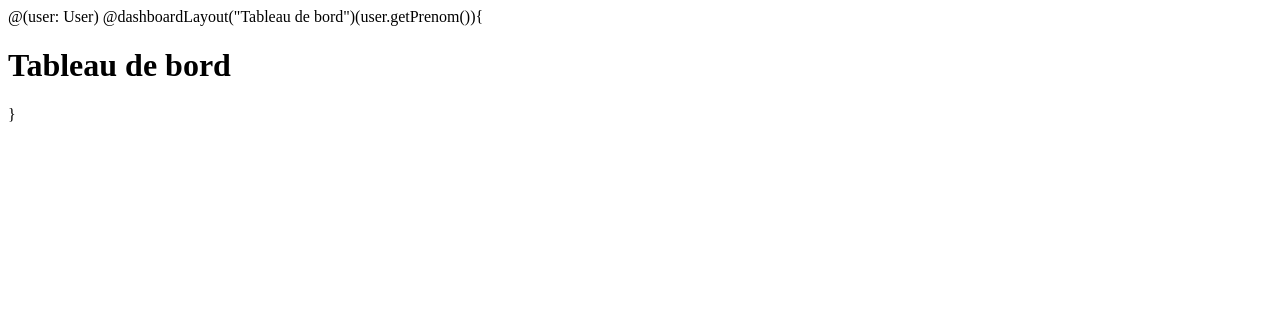
Repository: spirale-software/labo_master
Page: Application/oneDotCom/app/views/dashboard.scala.html
These files come from the project's save history. The page is drawn as it stood at one moment and after the next save; the edit follows.
The browser window is 1280 px wide. The pictures show the whole page.

Above is the page before, as saved 2017-03-26 21:00:41.

### Application/oneDotCom/app/views/dashboard.scala.html
@(user: User)

@dashboardLayout("Tableau de bord")(user.getPrenom()){

	 <h1 class="page-header">Tableau de bord</h1>


}

After the next save:
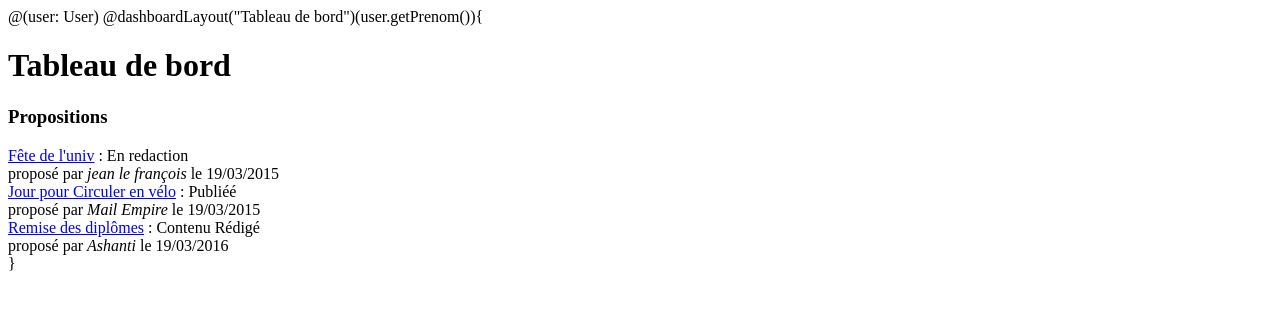
Saved 7 min 48 s later.
--- a/Application/oneDotCom/app/views/dashboard.scala.html
+++ b/Application/oneDotCom/app/views/dashboard.scala.html
@@ -4,5 +4,48 @@
 
 	 <h1 class="page-header">Tableau de bord</h1>
 
+	 <div class="row">
+                <div class="col-lg-8 col-md-8">
+                    <div class="panel panel-default">
+                        <div class="panel-heading">
+                            <h3 class="panel-title">Propositions</h3>
+                        </div>
+                        <div class="panel-body">
+
+                            <div class="panel panel-default">
+                                <div class="panel-body">
+                                    <a href="#">Fête de l'univ</a> : En redaction<br>
+                                        proposé par <em>jean le françois</em> le 19/03/2015
+                                </div>
+                            </div>
+
+                            <div class="panel panel-default">
+                                <div class="panel-body">
+                                    <a href="#">Jour pour Circuler en vélo</a> : Publiéé<br>
+                                    proposé par <em>Mail Empire</em> le 19/03/2015
+                                </div>
+                            </div>
+
+                            <div class="panel panel-default">
+                                <div class="panel-body">
+                                    <a href="#">Remise des diplômes</a> : Contenu Rédigé<br>
+                                    proposé par <em>Ashanti</em> le 19/03/2016
+                                </div>
+                            </div>
+
+
+                        </div><!--[/panel-body]-->
+
+                    </div>
+
+                </div>
+
+                <div class="col-lg-6 col-md-6">
+
+
+                </div>
+
+            </div>
+
 
 }
